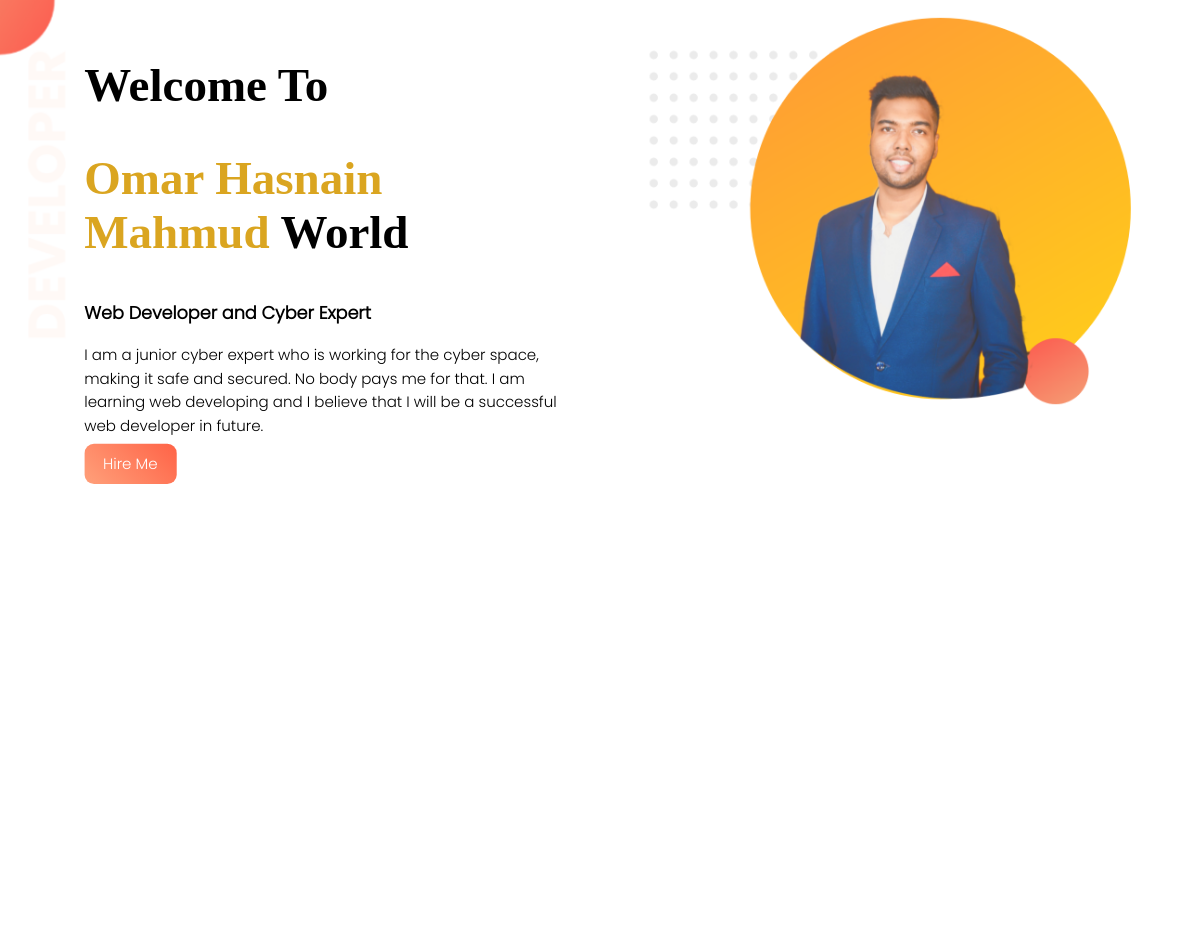
Repository: omarhasnain/web-portfolio
Page: index.html
These files come from the project's save history. The page is drawn as it stood at one moment and after the next save; the edit follows.
The browser window is 1280 px wide. The pictures show the whole page, at 94% of full size.
Some web fonts or font styles are not loaded; a fallback is used.

Above is the page before, as saved 2021-01-05 22:56:45.

### index.html
<!DOCTYPE html>
<html lang="en">
<head>
    <meta charset="UTF-8">
    <meta name="viewport" content="width=device-width, initial-scale=1.0">
    <title>Web Developer Omar</title>
    <link rel="preconnect" href="https://fonts.gstatic.com">
    <link href="https://fonts.googleapis.com/css2?family=Redressed&display=swap" rel="stylesheet">
    <link rel="preconnect" href="https://fonts.gstatic.com">
    <link href="https://fonts.googleapis.com/css2?family=Poppins:wght@300&display=swap" rel="stylesheet">
    <link rel="stylesheet" href="web portfolio style.css">
</head>
    <body>
        <section class="top-banner">
            <div class="half-width">
                    <h1>Welcome To </h1>
                    <h1><span class="name-highlight">Omar Hasnain Mahmud</span> World</h1>
                    <h3>Web Developer and Cyber Expert</h3>
                    <p>I am a junior cyber expert who is working for the cyber space, making it safe and secured. No body pays me for that. I am learning web developing and I believe that I will be a successful web developer in future.</p>
                    <a class="link-button" target="_blank" href="https://www.linkedin.com/in/hasnain-mahmud-708160170/">Hire Me</a>
            </div>
            <div class="half-width">
                <img src="images/profile.png" alt="">
            </div>
        </section>
        <section class="Future Goal">
            <div class="half-width">


            </div>
            <div class="half-width">

            </div>
        </section>

    </body>
</html>

### web portfolio style.css
body{
    margin: 0;
    font-family: 'Poppins', sans-serif;
}
h1{
    font-size: 50px;
    font-family: 'Redressed', cursive;
}
.name-highlight{
    color: goldenrod;
}
h3{
    font-family: 'Poppins', sans-serif;
}

.half-width{
    width: 40%;
    float: left;
    margin-left: 5%;
    padding-left: 2%;
    padding-top: 1.5%;
}
.half-width img{
    width: 100%;
}
.top-banner{

    background-image: url("images/top-banner.png");
    background-repeat: no-repeat;
}
section{
    height: 500px;
}
.link-button{
    text-decoration: none;
    background-image: linear-gradient(45deg, lightsalmon, tomato);
    padding: 10px 20px;
    border-radius: 10px;
    color: white;
    font-weight: 580;
}

After the next save:
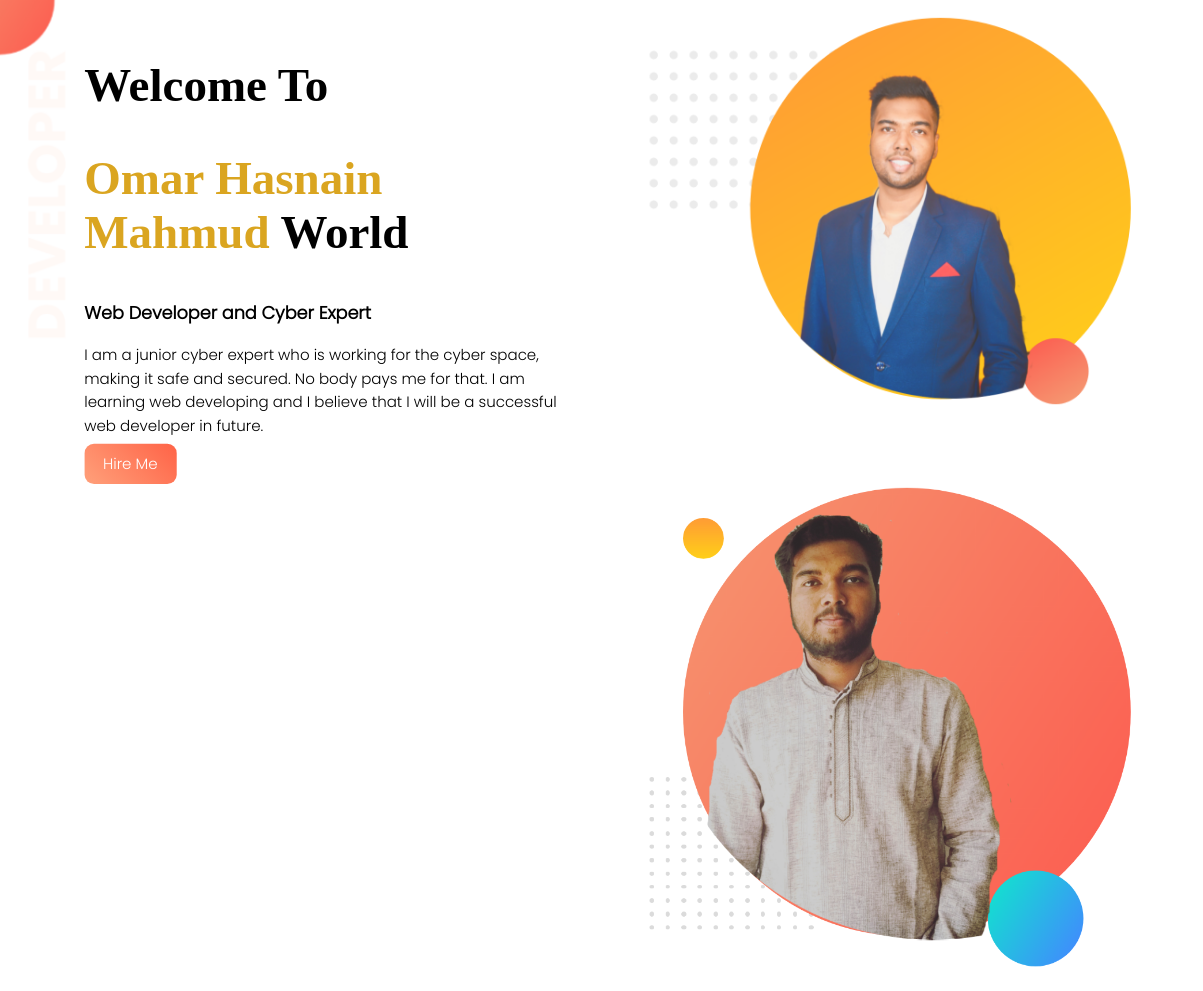
Saved 79 s later.
--- a/index.html
+++ b/index.html
@@ -25,7 +25,7 @@
         </section>
         <section class="Future Goal">
             <div class="half-width">
-
+            <img src="images/propic.png" alt="">
 
             </div>
             <div class="half-width">
